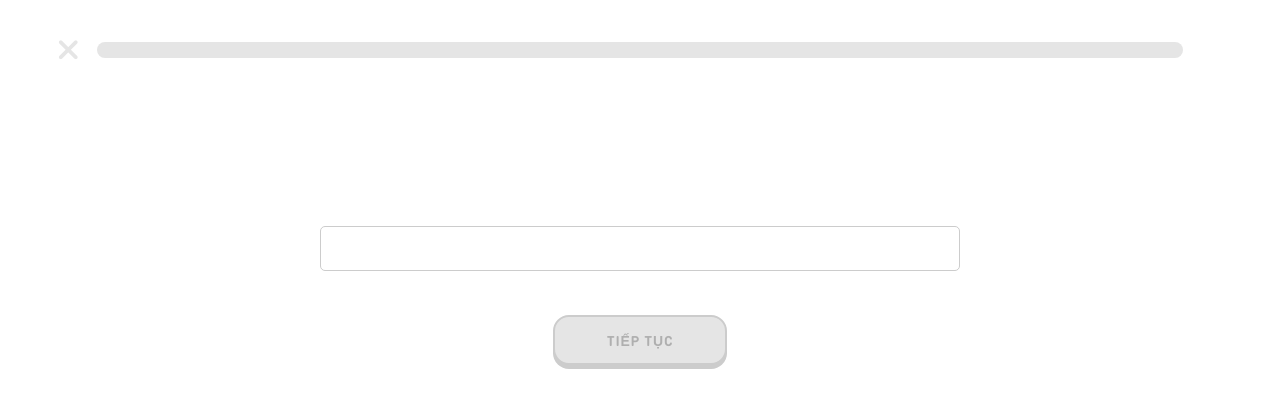
Repository: kauittt/duolingo-little
Page: learn.html
These files come from the project's save history. The page is drawn as it stood at one moment and after the next save; the edit follows.
The browser window is 1280 px wide. The pictures show the whole page.
Some web libraries are served in a nearby version.

Above is the page before, as saved 2023-04-15 11:42:49.
Console error: TypeError: Cannot read properties of undefined (reading 'adaptiveChallenges')

### learn.html
<!DOCTYPE html>
<html lang="en">
    <head>
        <meta charset="UTF-8" />
        <meta http-equiv="X-UA-Compatible" content="IE=edge" />
        <meta name="viewport" content="width=device-width, initial-scale=1.0" />
        <title>Duolingo Little</title>

        <!--! favicon -->
        <link rel="icon" type="image/x-icon" href="./assets/img/logo.png" />

        <!--! Font Awesome  -->
        <link rel="preconnect" href="https://cdnjs.cloudflare.com" />
        <link
            rel="stylesheet"
            href="https://cdnjs.cloudflare.com/ajax/libs/font-awesome/6.3.0/css/all.min.css"
        />

        <!--! CSS -->
        <link rel="stylesheet" href="./assets/css/reset.css" />
        <link rel="stylesheet" href="./assets/fonts/stylesheet.css" />
        <link rel="stylesheet" href="./assets/css/stytes.css" />
        <link rel="stylesheet" href="./assets/css/learn.css" />
    </head>
    <body>
        <!-- Learn -->
        <div class="main">
            <div class="learn">
                <div class="learn-progress">
                    <div class="learn-progress__bar">
                        <i class="fa-solid fa-xmark"></i>
                    </div>
                </div>

                <div class="learn-content">
                    <h2 class="learn-content__heading"></h2>

                    <input type="text" class="learn-content__input" />
                    <div class="learn-content-grid"></div>
                    <div class="btn">Tiếp tục</div>
                </div>
            </div>
        </div>
        <script src="./assets/js/learn.js"></script>
    </body>
</html>

### assets/fonts/stylesheet.css
@font-face {
    font-family: "DINRoundPro";
    src: url("din round/DINRoundPro-Bold.woff2") format("woff2"),
        url("din round/DINRoundPro-Bold.woff") format("woff");
    font-weight: bold;
    font-style: normal;
    font-display: swap;
}

@font-face {
    font-family: "DINRoundPro";
    src: url("din round/DINRoundPro-Black.woff2") format("woff2"),
        url("din round/DINRoundPro-Black.woff") format("woff");
    font-weight: 900;
    font-style: normal;
    font-display: swap;
}

@font-face {
    font-family: "DINRoundPro";
    src: url("din round/DINRoundPro.woff2") format("woff2"),
        url("din round/DINRoundPro.woff") format("woff");
    font-weight: normal;
    font-style: normal;
    font-display: swap;
}

@font-face {
    font-family: "DINRoundPro";
    src: url("din round/DINRoundPro-Light.woff2") format("woff2"),
        url("din round/DINRoundPro-Light.woff") format("woff");
    font-weight: 300;
    font-style: normal;
    font-display: swap;
}

@font-face {
    font-family: "DINRoundPro-Medi";
    src: url("din round/DINRoundPro-Medi.woff2") format("woff2"),
        url("din round/DINRoundPro-Medi.woff") format("woff");
    font-weight: 500;
    font-style: normal;
    font-display: swap;
}

### assets/css/learn.css
body {
    color: var(--heading-color);
}

:root {
    --basic-color: rgb(229, 229, 229);
}

.btn {
    /* width: calc(100% - 30px); */
    padding: 16px 51.5px;
    font-size: 14px;
    font-weight: 700;
    letter-spacing: 0.8px;
    text-align: center;
    text-transform: uppercase;
    color: rgb(175, 175, 175);
    background-color: rgb(229, 229, 229);
    box-shadow: 0 4px 0 #ccc;
    border: 2px solid #ccc;
    border-radius: 16px;
    transition: all 0.2s ease;
    margin-top: 24px;
}

.btn--primary:hover,
.btn--primary:hover {
    filter: brightness(1.1);
    cursor: pointer;
}

.btn--primary {
    background-color: var(--main-color);
    box-shadow: 0 4px 0 rgb(88, 167, 0);
    border: 2px solid rgb(88, 167, 0);
    color: white;
}

.btn--error {
    background: #ff4500;
    box-shadow: 0 4px 0 #ac2516;
    border: 2px solid #ac2516;
}

.learn {
    display: flex;
    flex-direction: column;
}

.learn-progress {
    width: 100%;
    padding: 42px 0 24px;
}

.learn-progress__bar i {
    position: absolute;
    left: -40px;
    top: -7px;
    font-size: 30px;
    color: var(--basic-color);
    transition: all 0.2s ease;
}

.learn-progress__bar i:hover {
    cursor: pointer;
    filter: brightness(0.8);
}

.learn-progress__bar {
    position: relative;
    width: 1086px;
    max-width: calc(100% - 48px);
    height: 16px;
    margin: 0 auto;
    background-color: var(--basic-color);
    border-radius: 999px;
    transition: all 0.2s ease;
}

.learn-content {
    display: flex;
    justify-content: center;
    align-items: center;
    flex-direction: column;
    width: 800px;
    margin: 100px auto 0;
}

.learn-content__heading {
    font-size: 26px;
    line-height: 40px;
    font-weight: 700;
    margin-bottom: 24px;
}

.learn-content__character {
    position: relative;
    margin-bottom: 40px;
}

.learn-content__character__message {
    display: flex;
    justify-content: center;
    align-items: center;
    gap: 10px;
    top: 25px;
    right: -246px;
    position: absolute;
    padding: 10px 20px;
    border-radius: 999px;
    color: var(--heading-color);
    border: 2px solid #ccc;
}

.learn-content__character__message__speaker {
    cursor: pointer;
    font-size: 24px;
}

.learn-content__speaker {
    display: flex;
    justify-content: center;
    align-items: center;
    gap: 20px;
}

.learn-content__speaker--normal {
    font-size: 50px;
    cursor: pointer;
}

.learn-content__speaker--slow {
    font-size: 20px;
    cursor: pointer;
}

.learn-content-grid {
    /* width: 100%; */
    display: grid;
    grid-template-columns: repeat(4, minmax(0, 1fr));
    grid-gap: 10px;
}

.learn-content__input {
    width: 80%;
    margin: 20px auto;
    padding: 10px 20px;
    font-family: "DINRoundPro", sans-serif;
    font-size: 18px;
    border: 1px solid #ccc;
    border-radius: 5px;
    pointer-events: none;
}

.learn-content-item {
    display: flex;
    justify-content: center;
    align-items: center;
    flex-direction: column;
    width: 185px;
    height: 163px;
    padding: 24px;

    background-color: white;
    border: 2px solid rgb(229, 229, 229);
    border-radius: 10px;
    bottom: -2px;
    box-shadow: 0 2px 0 rgb(229, 229, 229);
    transition: all 0.1s ease;
    cursor: pointer;
}

.learn-content-item--listen {
    width: auto;
    height: 50px;
    padding: 10px;
}

.learn-content-item--selected {
    background-color: #ddf4ff;
    border: 2px solid rgb(132, 216, 255);
    box-shadow: 0 2px 0 rgb(132, 216, 255);
}

.learn-content-item:hover {
    filter: brightness(0.9);
}

.learn-content-item__img {
    width: 80%;
}

.learn-content-item__img img {
    height: 80px;
    width: 100%;
}

.learn-content-item-info {
    display: flex;
    justify-content: center;
    align-items: center;
    flex-direction: column;
}

.learn-content-item-info__heading {
    font-size: 15px;
    font-weight: 700;
    line-height: 26px;
    text-align: center;
}

.learn-content-item-info__desc {
    font-size: 17px;
    font-weight: 400;
    text-align: center;
    color: var(--text-color);
}

.learn-content-flex {
    display: flex;
    justify-content: center;
    align-items: center;
    flex-direction: column;
}

.learn-content-flex__signUp {
}

.learn-content-flex__logIn {
    box-shadow: 0 4px 0 #ccc;
    border: 2px solid #ccc;
}

.learn-content-flex__logIn:hover {
    cursor: pointer;
    filter: brightness(0.9);
}

a {
    text-decoration: none;
    display: block;
    color: white;
}

### assets/js/learn.js
async function getData(index) {
    const res = await fetch(`/assets/data/session1-${lesson}.json`);
    console.log(`/assets/data/session1-${lesson}`);
    let data = await res.json();
    console.log(data);
    data = data[index];

    const adap = data.adaptiveChallenges || [];
    const challenges = data.challenges;
    console.log([...adap, ...challenges]);
    lessonLength = [...adap, ...challenges].length;
    console.log("lesson length: " + lessonLength);
    if (lessonLength == 4) {
        window.open("home.html", "_self");
    }
    return [...adap, ...challenges];
    //! combined
}
// 4,5
let lesson = localStorage.getItem("lesson") || 1;
let lessonLength = null;
console.log("lesson: " + lesson);

const heading = document.querySelector(".learn-content__heading");
const learnContent = document.querySelector(".learn-content");
const grid = document.querySelector(".learn-content-grid");
const learnBtn = document.querySelector(".learn-content .btn");
const closeBtn = document.querySelector(".learn-progress__bar>i");
const progress = document.querySelector(".learn-progress__bar");
const input = document.querySelector(".learn-content__input");
const audio = new Audio();

let id = -2;
let key = [];
let answer = [];
let inputValue = [];
closeBtn.addEventListener("click", function (e) {
    console.log("back");
    if (id == -1) {
        window.open("home.html", "_self");
        return;
    }

    id--;
    if (id == -1) {
        closeBtn.classList.remove("fa-arrow-left");
        closeBtn.classList.add("fa-xmark");
    } else {
        closeBtn.classList.add("fa-arrow-left");
        closeBtn.classList.remove("fa-xmark");
    }
    grid.innerHTML = "";
    input.value = "";
    answer = [];
    inputValue = [];
    key = [];
    learnBtn.classList.remove("btn--primary");

    const next =
        learnContent.querySelector(".learn-content__character") ||
        learnContent.querySelector(".learn-content__speaker");

    console.log(next);
    if (next) next.parentNode.removeChild(next);

    loadLearn(id);
});
learnBtn.addEventListener("click", function (e) {
    if (learnBtn.classList.contains("btn--primary")) {
        if (id == lessonLength) {
            window.open("home.html", "_self");
            return;
        }

        console.log(key);
        console.log(answer);
        if (JSON.stringify(answer) == JSON.stringify(key)) {
            console.log("true");
            learnBtn.classList.remove("btn--primary");
            grid.innerHTML = "";
            input.value = "";
            answer = [];
            inputValue = [];
            key = [];

            const next =
                learnContent.querySelector(".learn-content__character") ||
                learnContent.querySelector(".learn-content__speaker");
            if (next) next.parentNode.removeChild(next);
            //!!!!!
            loadLearn(++id);
        } else {
            console.log("false");
            learnBtn.classList.add("btn--error");
        }
    }
});
document.body.addEventListener("click", function (e) {
    if (e.target.closest(".learn-content-item--listen")) {
        learnBtn.classList.remove("btn--error");

        const item = e.target.closest(".learn-content-item--listen");
        if (item.dataset.voice) loadSound(item.dataset.voice);

        if (item.classList.contains("learn-content-item--selected")) {
            item.classList.remove("learn-content-item--selected");
            const index = answer.indexOf(+item.dataset.id);
            answer.splice(index, 1);
            inputValue.splice(index, 1);
        } else {
            item.classList.add("learn-content-item--selected");
            answer.push(+item.dataset.id);
            inputValue.push(
                item
                    .querySelector(".learn-content-item-info__heading")
                    .textContent.trim()
            );
        }

        const items = document.querySelectorAll(".learn-content-item");
        learnBtn.classList.remove("btn--primary");

        items.forEach((item) => {
            if (item.classList.contains("learn-content-item--selected")) {
                learnBtn.classList.add("btn--primary");
            }
        });

        input.value = "";
        inputValue.forEach((item) => {
            input.value += item + " ";
        });
    } else if (e.target.closest(".learn-content-item")) {
        learnBtn.classList.remove("btn--error");

        const item = e.target.closest(".learn-content-item");
        const items = document.querySelectorAll(".learn-content-item");
        items.forEach((item) => {
            item.classList.remove("learn-content-item--selected");
        });

        if (item.dataset.voice) loadSound(item.dataset.voice);

        answer = [];
        answer.push(+item.dataset.id);
        item.classList.add("learn-content-item--selected");

        learnBtn.classList.add("btn--primary");
    }
});

loadLearn(++id);

async function loadLearn(index, thumb = true) {
    console.log("IDDDDD: " + id);
    //! index

    const data = await getData(lesson);
    const item = data[index];
    if (id > lessonLength) return;
    console.log(item);

    if (id == lessonLength) {
        loadFinish();
        return;
    }
    if (id == -1) {
        loadStart();
        return;
    }
    //!index
    switch (item.type) {
        case "select":
            key.push(loadSelect(item, data.length));
            //!index
            break;

        case "translate":
            key = loadTrans(item, data.length, item.character);
            break;
        case "listenTap":
            key = loadListen(item, data.length, item.character);
            break;
        default:
            loadLearn(++id);
            return;
    }
}

function loadSelect(data, len, thumb = true) {
    if (id == -1) {
        closeBtn.classList.remove("fa-arrow-left");
        closeBtn.classList.add("fa-xmark");
    } else {
        closeBtn.classList.add("fa-arrow-left");
        closeBtn.classList.remove("fa-xmark");
    }

    const percent = ((id - 1) / len) * 100;
    const color = `linear-gradient(90deg, #58cc02 ${percent}%, rgb(229, 229, 229) ${percent}%)`;
    progress.style.background = color;

    const itemsLength = data.choices.length;
    input.style.display = "none";
    grid.style.gridTemplateColumns = `repeat(${itemsLength}, 1fr)`;

    heading.textContent = `Đâu là "${data.prompt}"`;

    const hashtable = {};
    for (let i = 0; i < data.choices.length; i++) {
        hashtable[data.choices[i].phrase] = i;
    }
    data.choices.sort(() => 0.5 - Math.random());

    for (let i = 0; i < data.choices.length; i++) {
        const choice = data.choices[i];

        const template = `<div data-voice="${choice.tts}" data-id="${
            hashtable[choice.phrase]
        }" class="learn-content-item  ${
            data.correctIndex == i ? "learn-content-item--correct" : ""
        }">

        ${
            choice.svg
                ? `<div class="learn-content-item__img">
                        <img
                            src="${choice.svg}"
                            alt="learn"
                        />
                  </div>`
                : ""
        }

        <div class="learn-content-item-info">
            <div class="learn-content-item-info__heading">
                ${choice.phrase}
            </div>
        </div>
    </div>`;

        grid.insertAdjacentHTML("beforeend", template);
    }

    console.log("KEY: " + data.correctIndex);
    return data.correctIndex;
}

function loadTrans(data, len, thumb = true) {
    if (id == -1) {
        closeBtn.classList.remove("fa-arrow-left");
        closeBtn.classList.add("fa-xmark");
    } else {
        closeBtn.classList.add("fa-arrow-left");
        closeBtn.classList.remove("fa-xmark");
    }

    const percent = (id / len) * 100;
    const color = `linear-gradient(90deg, #58cc02 ${percent}%, rgb(229, 229, 229) ${percent}%)`;
    progress.style.background = color;

    const itemsLength = data.choices.length;
    input.style.display = "block";
    grid.style.gridTemplateColumns = `repeat(${itemsLength}, 1fr)`;

    heading.textContent = `Viết lại bằng "${
        data.targetLanguage == "en" ? "Tiếng Anh" : "Tiếng Việt"
    }"`;

    heading.insertAdjacentHTML(
        "afterend",
        `<div class="learn-content__character" data-delete="true">
        <img
            src=${data.character.image.svg}
            alt=""
        />

        <p class="learn-content__character__message">
        <i class="fa-solid fa-volume-high learn-content__character__message__speaker" style="color: #1cb0f6;"></i>
            ${data.prompt}
        </p>
    </div>`
    );
    const p = document.querySelector(".learn-content__character__message");
    document
        .querySelector(".learn-content__character__message__speaker")
        .addEventListener("click", () => {
            loadSound(data.tts);
        });
    p.style.right = `-${p.offsetWidth + 5}px`;

    const hashtable = {};
    for (let i = 0; i < data.choices.length; i++) {
        hashtable[data.choices[i].text] = i;
    }

    data.choices.sort(() => 0.5 - Math.random());

    for (let i = 0; i < data.choices.length; i++) {
        const choice = data.choices[i];

        const template = `<div  data-id="${
            hashtable[choice.text]
        }" class="learn-content-item learn-content-item--listen">
        ${
            choice.svg
                ? `<div class="learn-content-item__img">
                        <img
                            src="${choice.svg}"
                            alt="learn"
                        />
                  </div>`
                : ""
        }
        <div class="learn-content-item-info">
            <div class="learn-content-item-info__heading">
                ${choice.text}
            </div>
        </div>
    </div>`;

        grid.insertAdjacentHTML("beforeend", template);
    }
    console.log("KEY: " + data.correctIndices);

    loadSound(data.tts);

    return data.correctIndices;
}

function loadListen(data, len, thumb = true) {
    if (id == -1) {
        closeBtn.classList.remove("fa-arrow-left");
        closeBtn.classList.add("fa-xmark");
    } else {
        closeBtn.classList.add("fa-arrow-left");
        closeBtn.classList.remove("fa-xmark");
    }

    const percent = (id / len) * 100;
    const color = `linear-gradient(90deg, #58cc02 ${percent}%, rgb(229, 229, 229) ${percent}%)`;
    progress.style.background = color;

    const itemsLength = data.choices.length;
    input.style.display = "block";
    grid.style.gridTemplateColumns = `repeat(${itemsLength}, 1fr)`;

    heading.textContent = `Nghe và trả lời`;

    heading.insertAdjacentHTML(
        "afterend",
        `<div class="learn-content__speaker" data-delete="true">
                <i class="fa-solid fa-volume-high learn-content__speaker--normal" style="color: #1cb0f6;"></i>
                <i class="fa-solid fa-volume-high learn-content__speaker--slow" style="color: #1cb0f6;"></i>
        </div>`
    );

    document
        .querySelector(".learn-content__speaker--normal")
        .addEventListener("click", () => {
            loadSound(data.tts);
        });

    document
        .querySelector(".learn-content__speaker--slow")
        .addEventListener("click", () => {
            loadSound(data.slowTts);
        });

    const hashtable = {};
    for (let i = 0; i < data.choices.length; i++) {
        hashtable[data.choices[i].text] = i;
    }
    data.choices.sort(() => 0.5 - Math.random());

    for (let i = 0; i < data.choices.length; i++) {
        const choice = data.choices[i];

        const template = `<div  data-id="${
            hashtable[choice.text]
        }" class="learn-content-item learn-content-item--listen">
        ${
            choice.svg
                ? `<div class="learn-content-item__img">
                        <img
                            src="${choice.svg}"
                            alt="learn"
                        />
                  </div>`
                : ""
        }
        <div class="learn-content-item-info">
            <div class="learn-content-item-info__heading">
                ${choice.text}
            </div>
        </div>
    </div>`;

        grid.insertAdjacentHTML("beforeend", template);
    }
    console.log("KEY: " + data.correctIndices);
    loadSound(data.tts);

    return data.correctIndices;
}

progress.addEventListener("click", () => {
    audio.play();
});
function loadSound(link) {
    audio.src = link;
    audio.addEventListener("canplaythrough", function () {
        progress.click();
        // audio.play();
    });
}

function loadFinish() {
    heading.textContent = `Bạn đã hoàn thành bài học`;
    input.style.display = "none";
    learnBtn.textContent = "Trở về";
    learnBtn.classList.add("btn--primary");
    lesson++;
    localStorage.setItem("lesson", lesson);
}
function loadStart() {
    if (id == -1) {
        closeBtn.classList.remove("fa-arrow-left");
        closeBtn.classList.add("fa-xmark");
    } else {
        closeBtn.classList.add("fa-arrow-left");
        closeBtn.classList.remove("fa-xmark");
    }
    heading.textContent = `Chào mừng đến với bài học`;
    input.style.display = "none";
    learnBtn.textContent = "Bắt đầu";
    learnBtn.classList.add("btn--primary");
}

function loadAnswer(type) {}

Loaded but not shown: assets/css/reset.css (common file); assets/data/session1-1.json (13123 lines, source omitted); assets/css/stytes.css (666 lines, source omitted)

After the next save:
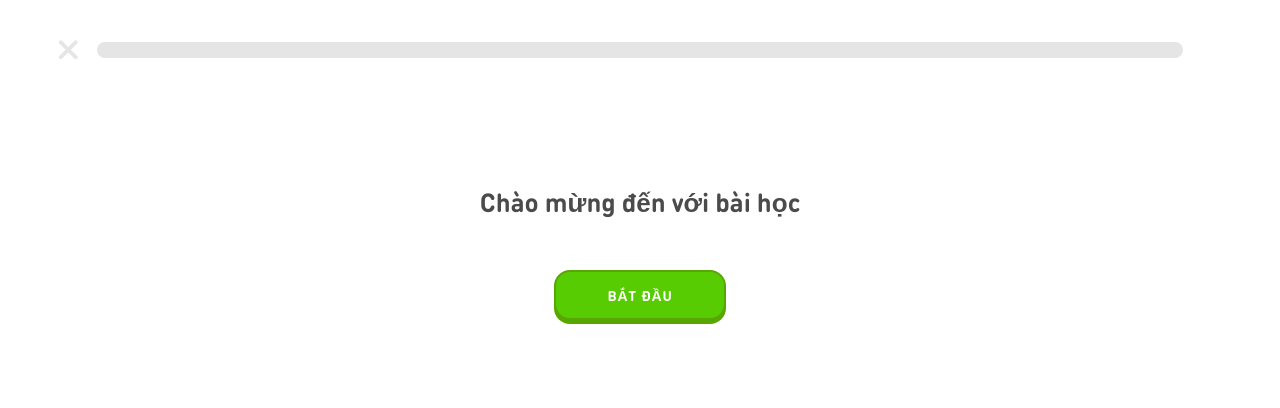
The error is gone.
Saved 90 s later.
--- a/assets/js/learn.js
+++ b/assets/js/learn.js
@@ -3,7 +3,7 @@ async function getData(index) {
     console.log(`/assets/data/session1-${lesson}`);
     let data = await res.json();
     console.log(data);
-    data = data[index];
+    // data = data[index];
 
     const adap = data.adaptiveChallenges || [];
     const challenges = data.challenges;
